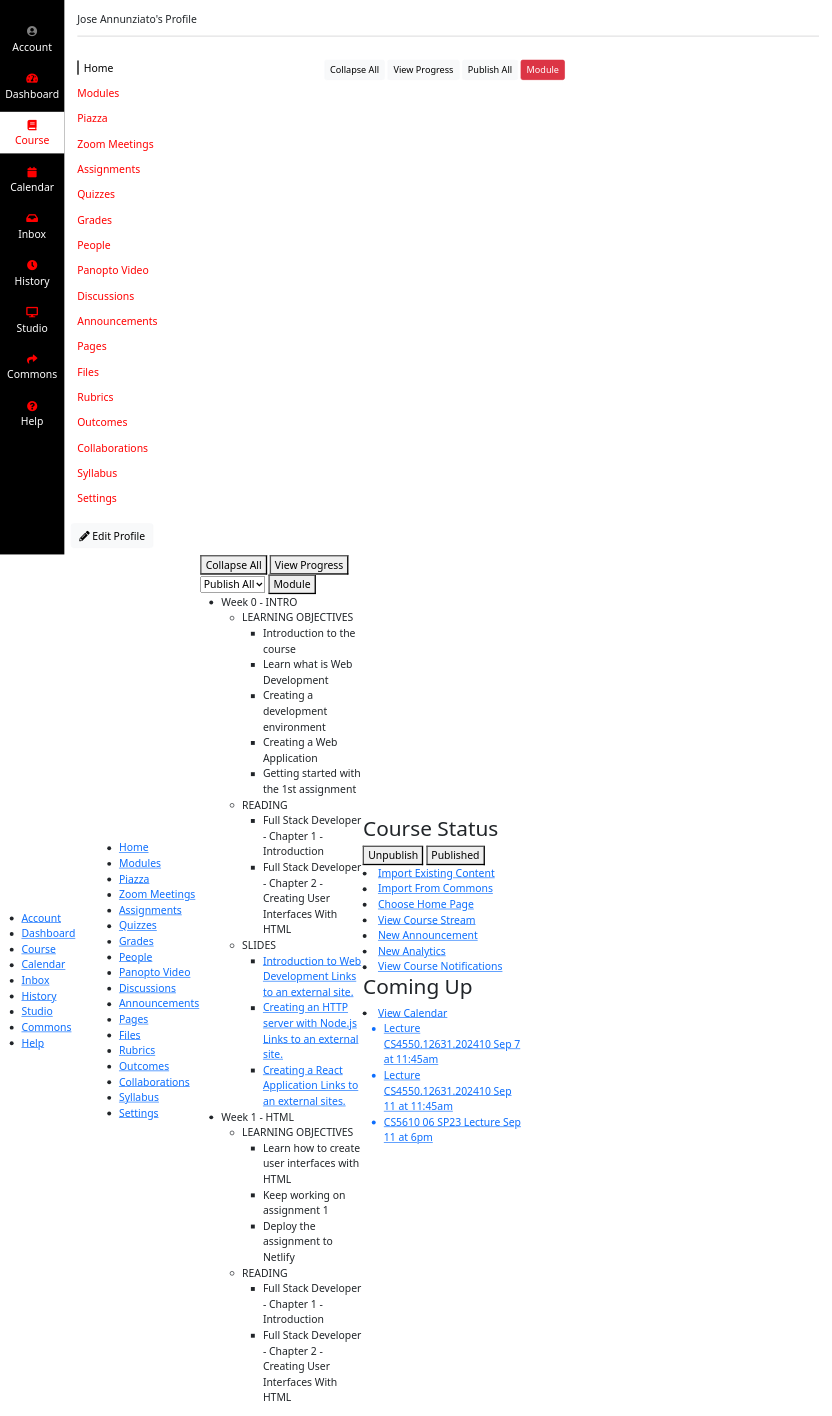
Repository: yuqiant/kanbas-react-web-app
Page: public/kanbas/home.html
An editor plug-in stored every save of this project. The page is shown before and after the next save, followed by the edit.
The browser window is 1280 px wide. The pictures show the whole page, at 65% of full size.

Above is the page before, as saved 2023-10-04 20:16:52.

### public/kanbas/home.html
<!DOCTYPE html>
<html lang="en">

<head>
    <meta charset="UTF-8">
    <meta name="viewport" content="width=device-width, initial-scale=1.0">
    <title>Flexbox Layout</title>
    <link rel="stylesheet" href="../vendors/fontawesome/css/all.min.css">
    <link rel="stylesheet" href="../vendors/bootstrap/css/bootstrap.min.css" />
    <link href="course/courseNavigation.css" rel="stylesheet" />
</head>

<body>
    <div class="flex-container">
        <div class="left-column">

            <ul>
                <li><i class="fa fa-user-circle fa-inverse" style="color: grey;"></i><a
                        href="../account/account.html">Account</a> </li>
                <li><i class="fas fa-tachometer-alt" style="color: red;"></i><a href="#">Dashboard</a></li>
                <li class="active"><i class="fas fa-book" style="color: red;"></i><a href="../coursecol.html"
                        style="color: red;">Course</a>
                </li>
                <li><i class="fas fa-calendar" style="color: red;""></i><a href=" #">Calendar</a></li>
                <li><i class="fas fa-inbox" style="color: red;"></i><a href="#">Inbox</a></li>
                <li><i class="fas fa-clock" style="color: red;"></i><a href="#">History</a></li>
                <li><i class="fas fa-desktop" style="color: red;"></i><a href="#">Studio</a></li>
                <li><i class="fas fa-share" style="color: red;"></i><a href="#">Commons</a></li>
                <li><i class="fas fa-question-circle" style="color: red;"></i><a href="#">Help</a></li>
            </ul>

        </div>
        <div class="right-column">

            <div class="right-top">
                <h6>Jose Annunziato's Profile</h6>
                <hr />


            </div>
            <div class="right-bottom">

                <div class="right-bottom-item2">
                    <div class="right-bottom-item1">


                        <ul>
                            <li class="active"><a href="home.html" style="color: black;">Home</a></li>
                            <li><a href="#">Modules</a></li>
                            <li><a href="#">Piazza</a></li>
                            <li><a href="#">Zoom Meetings</a></li>
                            <li><a href="assignment/index.html">Assignments</a></li>
                            <li><a href="#">Quizzes</a></li>
                            <li><a href="grades.html">Grades</a></li>
                            <li><a href="#">People</a></li>
                            <li><a href="#">Panopto Video</a></li>
                            <li><a href="#">Discussions</a></li>
                            <li><a href="#">Announcements</a></li>
                            <li><a href="#">Pages</a></li>
                            <li><a href="#">Files</a></li>
                            <li><a href="#">Rubrics</a></li>
                            <li><a href="#">Outcomes</a></li>
                            <li><a href="#">Collaborations</a></li>
                            <li><a href="#">Syllabus</a></li>
                            <li><a href="coursesetting.html">Settings</a></li>
                        </ul>
                    </div>
                </div>
                <div class="right-bottom-item2">
                    <button class="btn btn-light btn-sm">Collapse All</button>
                    <button class="btn btn-light btn-sm">View Progress</button>
                    <button class="btn btn-light btn-sm">Publish All</button>
                    <button class="btn btn-danger btn-sm">Module</button>


                </div>
                <hr />



            </div>
            <div class="right-bottom-item">
                <form action="edit.html" method="get">
                    <button class="btn btn-light"><i class="fas fa-pencil-alt"></i> Edit Profile</button>

                </form>



            </div>
        </div>
    </div>
    </div>
</body>

<body>
    <table>
        <tr>
            <td id="firstColumn" style="width: 150px;">
                <ul>
                    <li><a href="account/account.html">Account</a></li>
                    <li><a href="#">Dashboard</a></li>
                    <li><a href="coursecol.html">Course</a></li>
                    <li><a href="#">Calendar</a></li>
                    <li><a href="#">Inbox</a></li>
                    <li><a href="#">History</a></li>
                    <li><a href="#">Studio</a></li>
                    <li><a href="#">Commons</a></li>
                    <li><a href="#">Help</a></li>
                </ul>
            </td>
            <td id="secondColumn" style="width: 150px;">
                <ul>
                    <li><a href="home.html">Home</a></li>
                    <li><a href="#">Modules</a></li>
                    <li><a href="#">Piazza</a></li>
                    <li><a href="#">Zoom Meetings</a></li>
                    <li><a href="assignment/index.html">Assignments</a></li>
                    <li><a href="#">Quizzes</a></li>
                    <li><a href="grades.html">Grades</a></li>
                    <li><a href="#">People</a></li>
                    <li><a href="#">Panopto Video</a></li>
                    <li><a href="#">Discussions</a></li>
                    <li><a href="#">Announcements</a></li>
                    <li><a href="#">Pages</a></li>
                    <li><a href="#">Files</a></li>
                    <li><a href="#">Rubrics</a></li>
                    <li><a href="#">Outcomes</a></li>
                    <li><a href="#">Collaborations</a></li>
                    <li><a href="#">Syllabus</a></li>
                    <li><a href="coursesetting.html">Settings</a></li>
                </ul>
            </td>
            <td id="thirdColumn" style="width: 250px;">
                <button type="button">Collapse All</button>
                <button type="button">View Progress</button>

                <select id="select-one">
                    <option value="ALL">Publish All</option>

                </select>
                <button type="button">Module</button>


                <ul>
                    <li>Week 0 - INTRO
                        <ul>
                            <li>LEARNING OBJECTIVES
                                <ul>
                                    <li>Introduction to the course</li>
                                    <li>Learn what is Web Development</li>
                                    <li>Creating a development environment</li>
                                    <li>Creating a Web Application</li>
                                    <li>Getting started with the 1st assignment</li>
                                </ul>
                            </li>
                            <li>READING
                                <ul>
                                    <li>Full Stack Developer - Chapter 1 - Introduction</li>
                                    <li>Full Stack Developer - Chapter 2 - Creating User Interfaces With HTML</li>
                                </ul>
                            </li>
                            <li>SLIDES
                                <ul>
                                    <li><a href="#">Introduction to Web Development Links to an external site.</a></li>
                                    <li><a href="#">Creating an HTTP server with Node.js Links to an external site.</a>
                                    </li>
                                    <li><a href="#">Creating a React Application Links to an external sites.</a></li>
                                </ul>
                            </li>
                        </ul>
                    </li>

                    <li>Week 1 - HTML
                        <ul>
                            <li>LEARNING OBJECTIVES
                                <ul>
                                    <li>Learn how to create user interfaces with HTML</li>
                                    <li>Keep working on assignment 1</li>
                                    <li>Deploy the assignment to Netlify</li>
                                </ul>
                            </li>
                            <li>READING
                                <ul>
                                    <li>Full Stack Developer - Chapter 1 - Introduction</li>
                                    <li>Full Stack Developer - Chapter 2 - Creating User Interfaces With HTML</li>
                                </ul>
                            </li>

                        </ul>

                    </li>




            </td>
            <td id="fourthColumn" style="width: 250px;">


                <h2>Course Status</h2>
                <button type="button">Unpublish</button>
                <button type="button">Published</button>
                <li><a href="#">Import Existing Content</li>
                <li><a href="#">Import From Commons</li>
                <li><a href="#">Choose Home Page</li>
                <li><a href="#">View Course Stream</li>
                <li><a href="#">New Announcement</li>
                <li><a href="#">New Analytics</li>
                <li><a href="#">View Course Notifications</a></li>


                <h2>Coming Up</h2>
                <li><a href="#">View Calendar
                        <ul>
                            <li>Lecture CS4550.12631.202410 Sep 7 at 11:45am</li>
                            <li>Lecture CS4550.12631.202410 Sep 11 at 11:45am</li>
                            <li>CS5610 06 SP23 Lecture Sep 11 at 6pm</li>
                        </ul>
                </li>



            </td>
        </tr>
    </table>

</body>

</html>

### public/kanbas/course/courseNavigation.css
.flex-container {
    display: flex;
    height: 100%;
}

/* 左边列 */
.left-column {
    /* flex: 1; */
    /* 占据可用空间的一部分 */
    /* padding: 20px; */
    width: 0 0 80px;
    /* Adjust sidebar width as needed (between 75 and 85 pixels) */
    background-color: black;
    color: white;
    text-align: center;
    padding-top: 20px;
}

.left-column ul {
    list-style-type: none;
    padding: 0;
}

.left-column li {
    margin: 8px 0;
    /* Adjust margin between links as needed (between 5 and 10 pixels) */
    padding: 8px;
    /* Adjust padding around links as needed (between 5 and 10 pixels) */
}

.left-column li.active {
    color: red;
    background-color: white;


}



.left-column a {
    color: white;
    text-decoration: none;
    display: block;
}

.right-column {

    flex: 2;
    /* 占据可用空间的两部分 */
    display: flex;
    flex-direction: column;
    /* 垂直方向排列 */
}

/* 右上部分 */
.right-top {
    padding: 20px;
}

/* 右下部分分为三竖着的部分 */
.right-bottom {
    display: flex;
    flex-direction: row;
    /* 垂直方向排列 */
    flex: 1;
    /* 均分可用空间 */
}

/* 每个竖着的部分 */
.right-bottom-item {
    flex: 1;
    /* 均分可用空间 */
    padding: 10px;
}

.right-bottom-item1 {
    width: 200px;

    /* padding: 10px; */
    border-left: 25px
}

.right-bottom-item1 a {
    color: red;
    text-decoration: none;

}


.right-bottom-item1 ul {
    list-style: none;
    padding: 0;
}

.right-bottom-item1 li {
    margin-bottom: 15px;
    padding-left: 20px;
}

.right-bottom-item1 li.active a {
    color: black;
    padding-left: 8px;

    /* padding-right: 10px; */

    border-left: 2px solid black;
}


.right-bottom-item2 {
    width: 400px;

    /* padding: 10px; */
    border-left: 25px;
    /* flex-direction: column; */
}

Loaded but not shown: public/vendors/fontawesome/css/all.min.css (library); public/vendors/bootstrap/css/bootstrap.min.css (library)

After the next save:
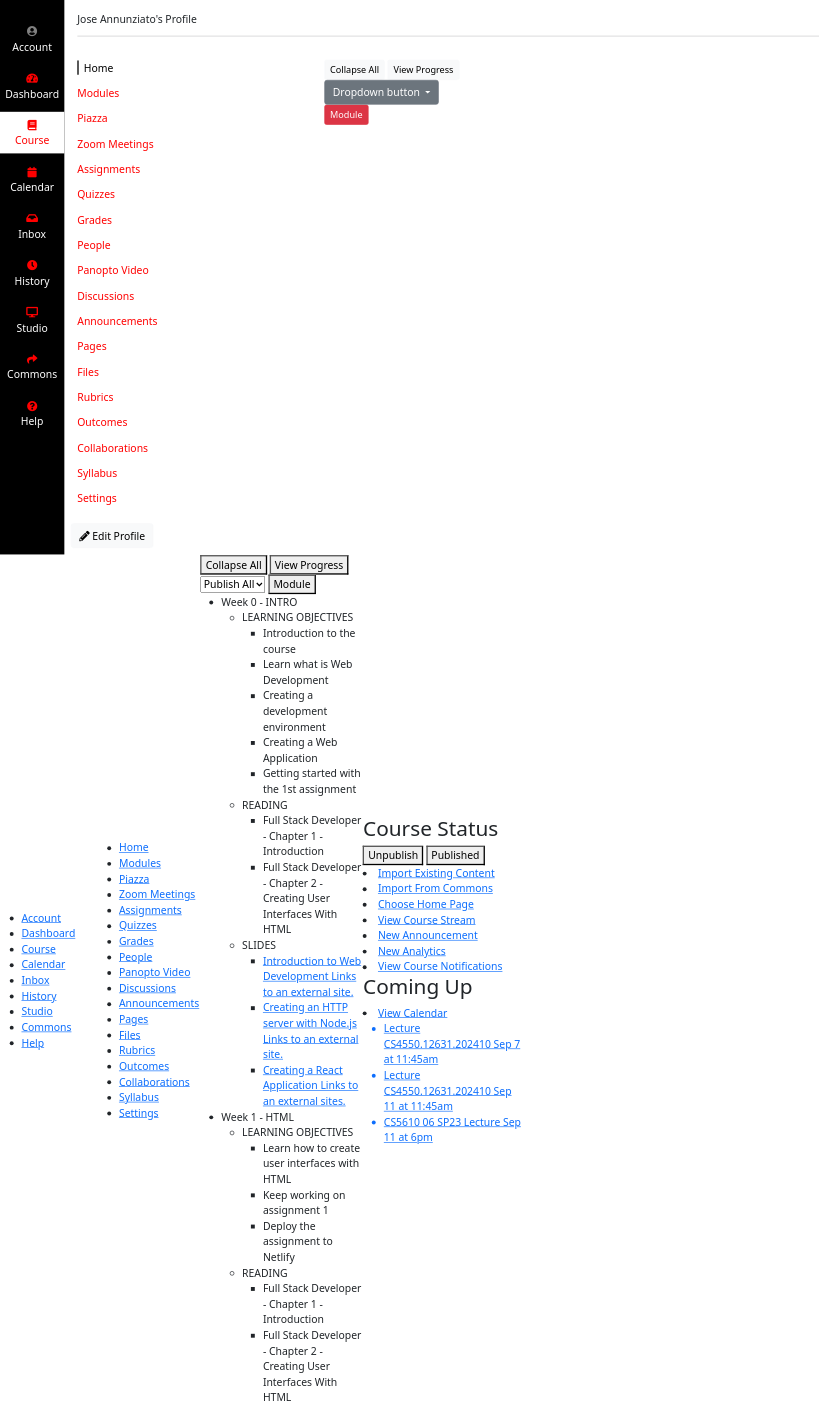
Saved 2 min 39 s later.
--- a/public/kanbas/home.html
+++ b/public/kanbas/home.html
@@ -69,7 +69,17 @@
                 <div class="right-bottom-item2">
                     <button class="btn btn-light btn-sm">Collapse All</button>
                     <button class="btn btn-light btn-sm">View Progress</button>
-                    <button class="btn btn-light btn-sm">Publish All</button>
+                    <div class="dropdown">
+                        <button class="btn btn-secondary dropdown-toggle" type="button" data-bs-toggle="dropdown"
+                            aria-expanded="false">
+                            Dropdown button
+                        </button>
+                        <ul class="dropdown-menu">
+                            <li><a class="dropdown-item" href="#">Action</a></li>
+                            <li><a class="dropdown-item" href="#">Another action</a></li>
+                            <li><a class="dropdown-item" href="#">Something else here</a></li>
+                        </ul>
+                    </div>
                     <button class="btn btn-danger btn-sm">Module</button>
 
 
